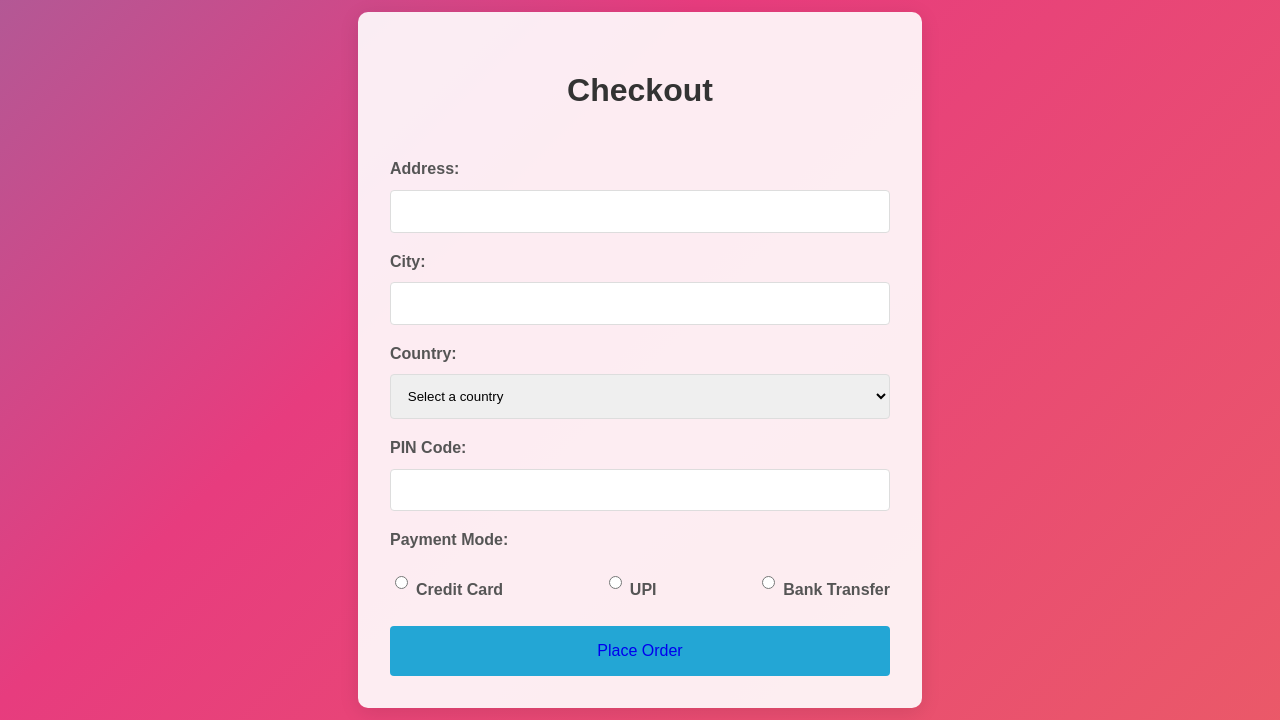
Repository: thotameghana/Food-Delivery
Page: http://localhost/FoodApplication/checkout.jsp
An editor plug-in stored every save of this project. The page is shown before and after the next save, followed by the edit.
The browser window is 1280 px wide. The pictures show the whole page.
The page is served by Tomcat 10. Other server files are loaded and not shown.

Above is the page before, as saved 2024-12-30 11:31:44.

### FoodApplication/src/main/webapp/checkout.jsp
<%@ page language="java" contentType="text/html; charset=ISO-8859-1"
    pageEncoding="ISO-8859-1"%>
<!DOCTYPE html>
<html>
<head>
    <meta charset="UTF-8">
    <meta name="viewport" content="width=device-width, initial-scale=1.0">
    <title>Elegant Checkout Page</title>
    <style>
        @keyframes gradientBG {
            0% { background-position: 0% 50%; }
            50% { background-position: 100% 50%; }
            100% { background-position: 0% 50%; }
        }

        @keyframes fadeIn {
            from { opacity: 0; transform: translateY(20px); }
            to { opacity: 1; transform: translateY(0); }
        }

        body {
            font-family: 'Arial', sans-serif;
            line-height: 1.6;
            margin: 0;
            padding: 0;
            min-height: 100vh;
            display: flex;
            justify-content: center;
            align-items: center;
            background: linear-gradient(-45deg, #ee7752, #e73c7e, #23a6d5, #23d5ab);
            background-size: 400% 400%;
            animation: gradientBG 15s ease infinite;
        }

        .container {
            max-width: 500px;
            width: 90%;
            padding: 2rem;
            background-color: rgba(255, 255, 255, 0.9);
            border-radius: 10px;
            box-shadow: 0 4px 20px rgba(0, 0, 0, 0.1);
            animation: fadeIn 0.8s ease-out;
        }

        h1 {
            text-align: center;
            color: #333;
            margin-bottom: 1.5rem;
        }

        form {
            display: flex;
            flex-direction: column;
        }

        label {
            margin-top: 1rem;
            font-weight: bold;
            color: #555;
        }

        input[type="text"],
        select {
            width: 100%;
            padding: 0.8rem;
            margin-top: 0.5rem;
            border: 1px solid #ddd;
            border-radius: 4px;
            box-sizing: border-box;
            transition: border-color 0.3s ease;
        }

        input[type="text"]:focus,
        select:focus {
            outline: none;
            border-color: #23a6d5;
        }

        .payment-options {
            display: flex;
            justify-content: space-between;
            margin-top: 0.5rem;
        }

        .payment-option {
            display: flex;
            align-items: center;
        }

        .payment-option input[type="radio"] {
            margin-right: 0.5rem;
        }

        button {
            background-color: #23a6d5;
            color: white;
            padding: 1rem;
            border: none;
            border-radius: 4px;
            cursor: pointer;
            font-size: 1rem;
            margin-top: 1.5rem;
            transition: background-color 0.3s ease, transform 0.2s ease;
        }

        button:hover {
            background-color: #1c8ab1;
            transform: translateY(-2px);
        }

        button:active {
            transform: translateY(0);
        }

        @media (max-width: 600px) {
            .container {
                width: 95%;
                padding: 1.5rem;
            }
        }
    </style>
</head>
<body>
    <div class="container">
        <h1>Checkout</h1>
        <form action="Checkout">
            <label for="address">Address:</label>
            <input type="text" id="address" name="address" required>

            <label for="city">City:</label>
            <input type="text" id="city" name="city" required>

            <label for="country">Country:</label>
            <select id="country" name="country" required>
                <option value="">Select a country</option>
                <option value="usa">United States</option>
                <option value="canada">Canada</option>
                <option value="uk">INDIA</option>
                <option value="australia">Australia</option>
                <option value="germany">Germany</option>
                <option value="france">France</option>
                <option value="japan">Japan</option>
            </select>

            <label for="zip">PIN Code:</label>
            <input type="text" id="zip" name="zip" required>

            <label>Payment Mode:</label>
            <div class="payment-options">
                <div class="payment-option">
                    <input type="radio" id="credit-card" name="payment" value="credit-card" required>
                    <label for="credit-card">Credit Card</label>
                </div>
                <div class="payment-option">
                    <input type="radio" id="paypal" name="payment" value="UPI">
                    <label for="paypal">UPI</label>
                </div>
                <div class="payment-option">
                    <input type="radio" id="bank-transfer" name="payment" value="bank-transfer">
                    <label for="bank-transfer">Bank Transfer</label>
                </div>
            </div>

            <button type="submit"><a href="Checkout" style="text-decoration:none">Place Order</a></button>
        </form>
    </div>
</body>
</html>

After the next save:
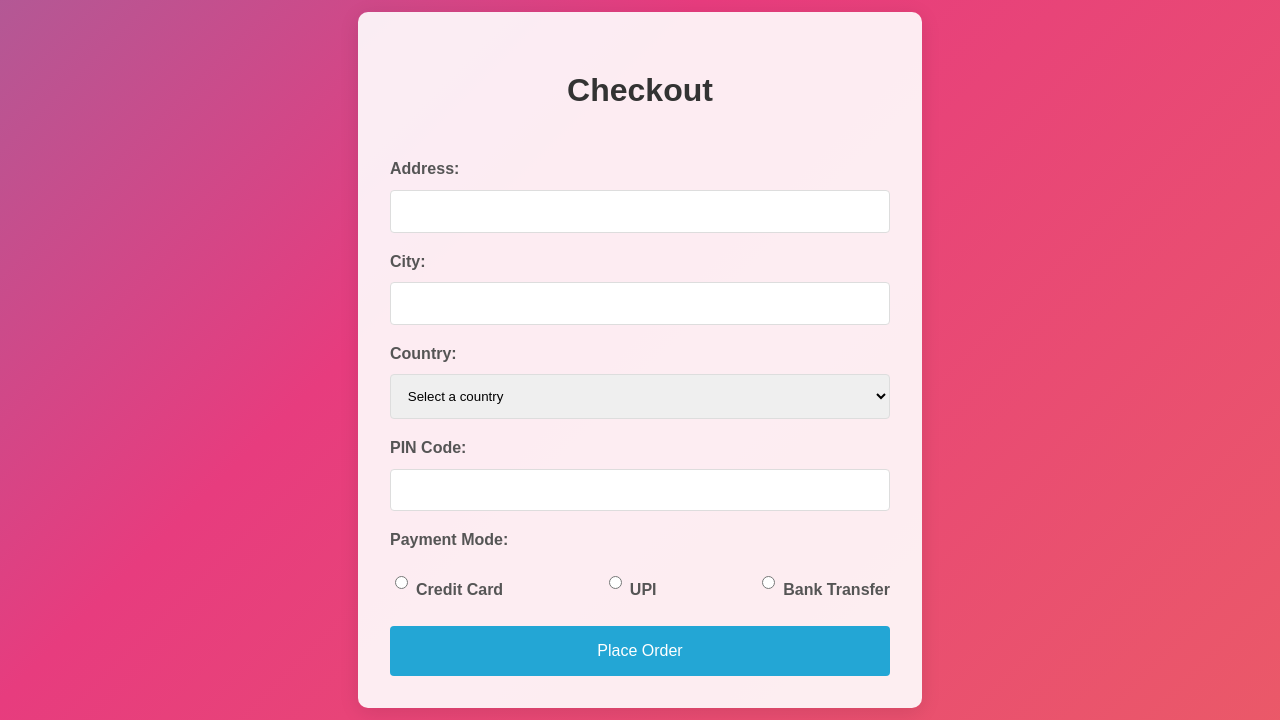
Saved 4 min 33 s later.
--- a/FoodApplication/src/main/webapp/checkout.jsp
+++ b/FoodApplication/src/main/webapp/checkout.jsp
@@ -123,46 +123,47 @@
 <body>
     <div class="container">
         <h1>Checkout</h1>
-        <form action="Checkout">
-            <label for="address">Address:</label>
-            <input type="text" id="address" name="address" required>
+        <form action="Checkout" method="post">
+    <label for="address">Address:</label>
+    <input type="text" id="address" name="address" required>
 
-            <label for="city">City:</label>
-            <input type="text" id="city" name="city" required>
+    <label for="city">City:</label>
+    <input type="text" id="city" name="city" required>
 
-            <label for="country">Country:</label>
-            <select id="country" name="country" required>
-                <option value="">Select a country</option>
-                <option value="usa">United States</option>
-                <option value="canada">Canada</option>
-                <option value="uk">INDIA</option>
-                <option value="australia">Australia</option>
-                <option value="germany">Germany</option>
-                <option value="france">France</option>
-                <option value="japan">Japan</option>
-            </select>
+    <label for="country">Country:</label>
+    <select id="country" name="country" required>
+        <option value="">Select a country</option>
+        <option value="usa">United States</option>
+        <option value="canada">Canada</option>
+        <option value="india">India</option>
+        <option value="australia">Australia</option>
+        <option value="germany">Germany</option>
+        <option value="france">France</option>
+        <option value="japan">Japan</option>
+    </select>
 
-            <label for="zip">PIN Code:</label>
-            <input type="text" id="zip" name="zip" required>
+    <label for="zip">PIN Code:</label>
+    <input type="text" id="zip" name="zip" required>
 
-            <label>Payment Mode:</label>
-            <div class="payment-options">
-                <div class="payment-option">
-                    <input type="radio" id="credit-card" name="payment" value="credit-card" required>
-                    <label for="credit-card">Credit Card</label>
-                </div>
-                <div class="payment-option">
-                    <input type="radio" id="paypal" name="payment" value="UPI">
-                    <label for="paypal">UPI</label>
-                </div>
-                <div class="payment-option">
-                    <input type="radio" id="bank-transfer" name="payment" value="bank-transfer">
-                    <label for="bank-transfer">Bank Transfer</label>
-                </div>
-            </div>
+    <label>Payment Mode:</label>
+    <div class="payment-options">
+        <div class="payment-option">
+            <input type="radio" id="credit-card" name="payment" value="credit-card" required>
+            <label for="credit-card">Credit Card</label>
+        </div>
+        <div class="payment-option">
+            <input type="radio" id="paypal" name="payment" value="UPI">
+            <label for="paypal">UPI</label>
+        </div>
+        <div class="payment-option">
+            <input type="radio" id="bank-transfer" name="payment" value="bank-transfer">
+            <label for="bank-transfer">Bank Transfer</label>
+        </div>
+    </div>
 
-            <button type="submit"><a href="Checkout" style="text-decoration:none">Place Order</a></button>
-        </form>
+    <button type="submit">Place Order</button>
+</form>
+
     </div>
 </body>
 </html>
